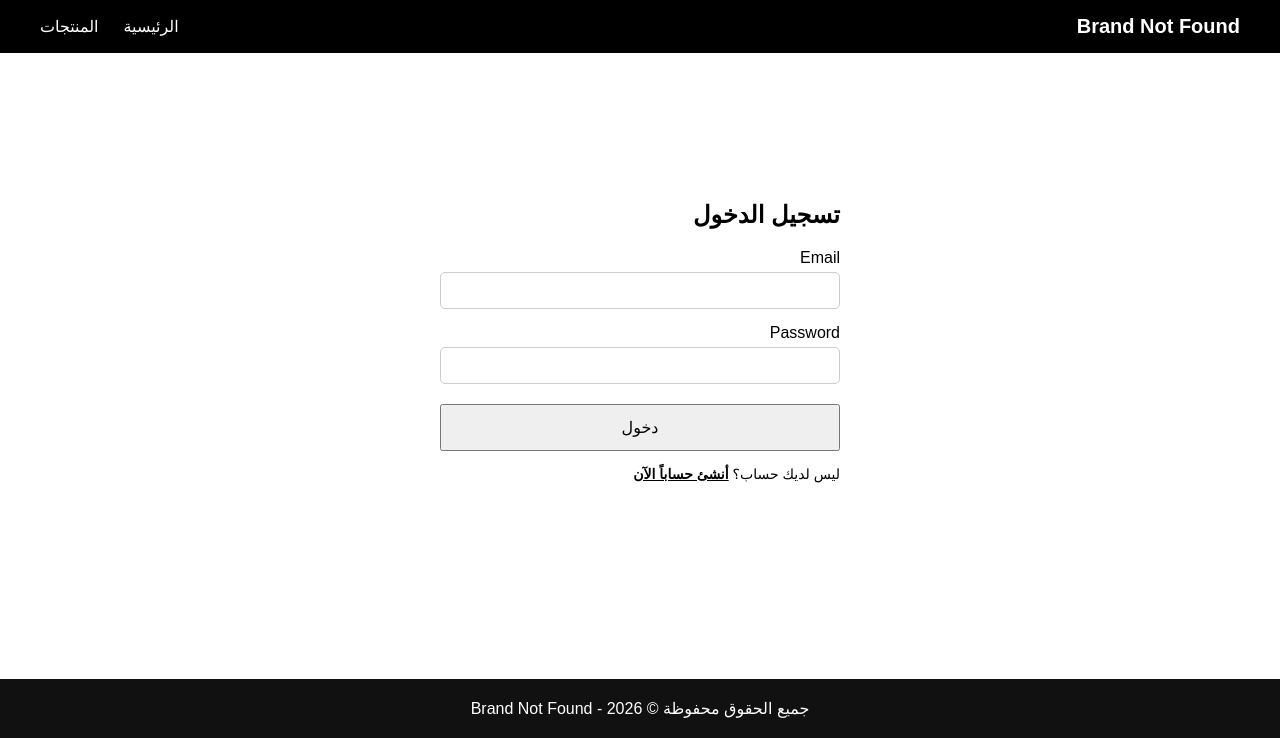
Repository: a-e-kasem/e-commerce
Page: ecommerce-front/login.html
These files come from the project's save history. The page is drawn as it stood at one moment and after the next save; the edit follows.
The browser window is 1280 px wide. The pictures show the whole page.

Above is the page before, as saved 2026-04-15 11:54:44.

After the next save:
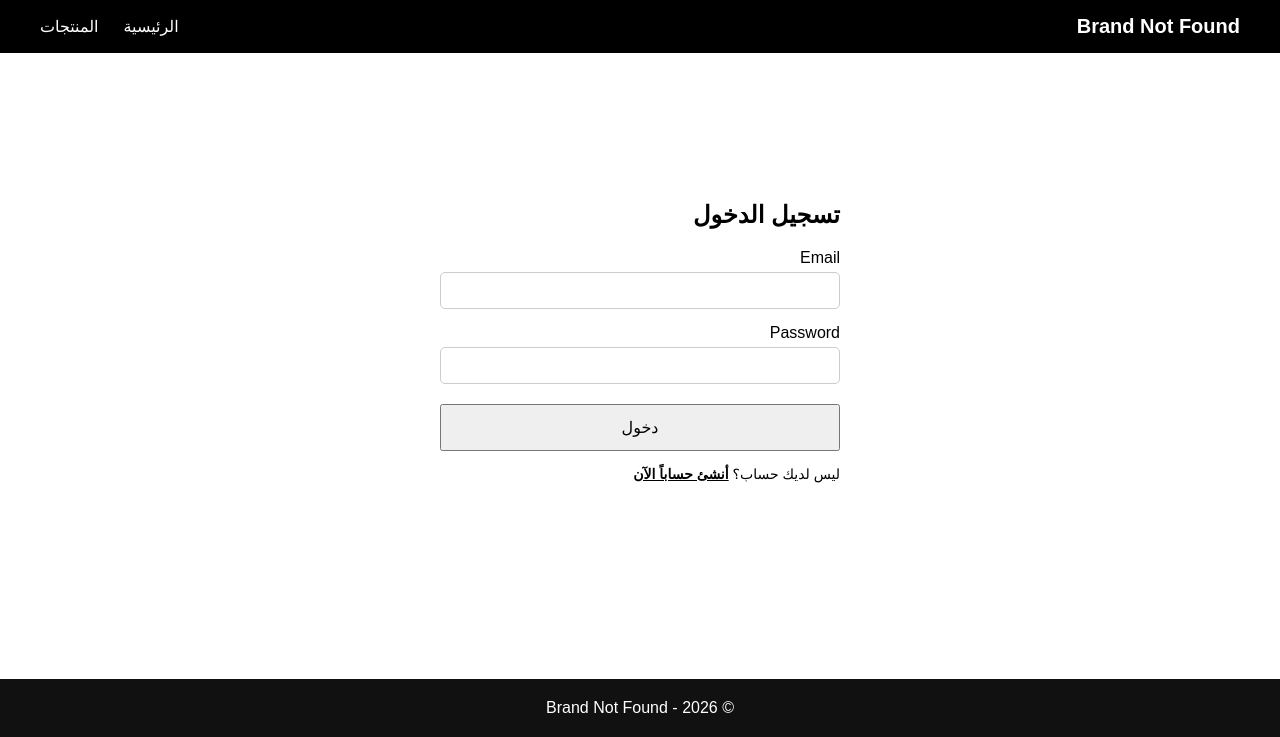
Saved 11 s later.
--- a/ecommerce-front/login.html
+++ b/ecommerce-front/login.html
@@ -36,7 +36,7 @@
     </div>
 
     <footer>
-        <p>جميع الحقوق محفوظة &copy; 2026 - Brand Not Found</p>
+        <p>&copy; 2026 - Brand Not Found</p>
     </footer>
 
     <script type="module" src="./js/auth.js"></script>
